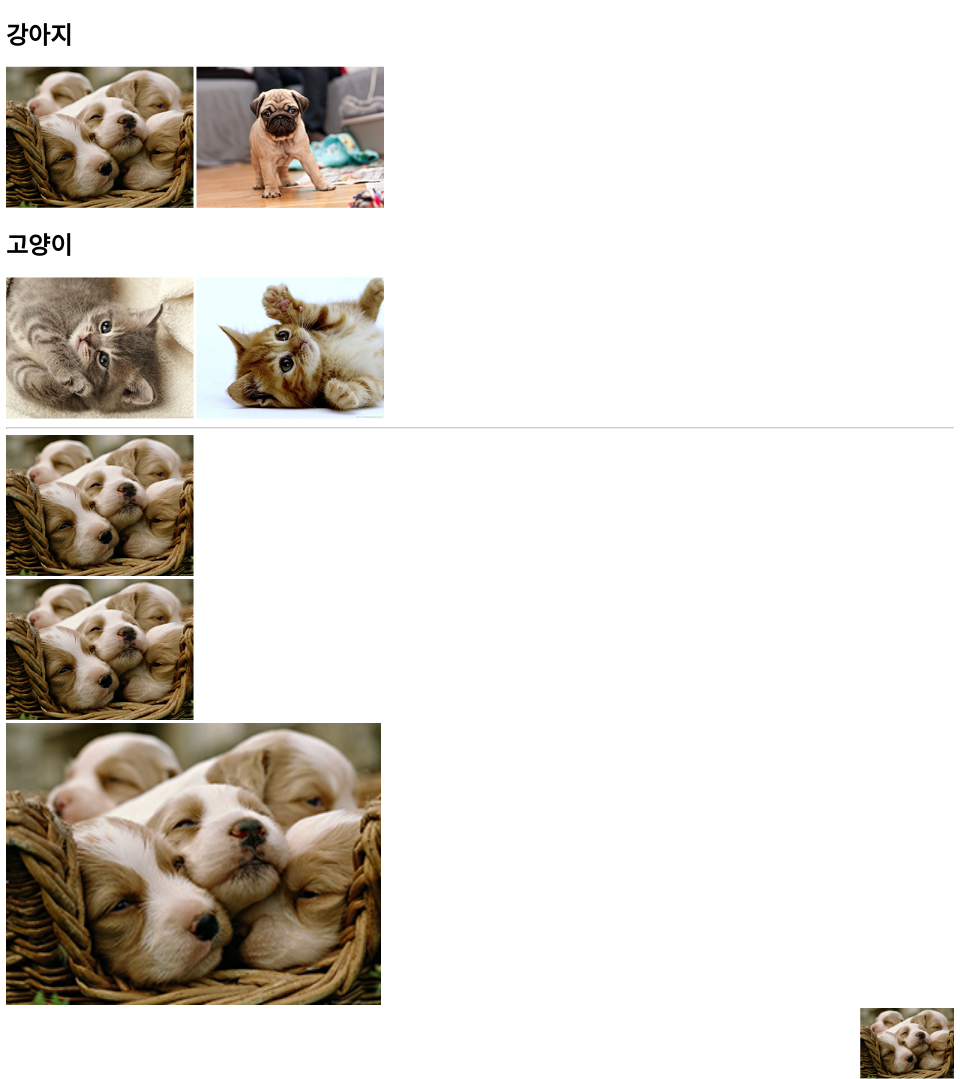
Repository: kmd192kmd/Web
Page: html/HtmlTest/src/main/webapp/ex12_image.html
These files come from the project's save history. The page is drawn as it stood at one moment and after the next save; the edit follows.
The browser window is 1280 px wide. The pictures show the whole page, at 75% of full size.

Above is the page before, as saved 2026-02-13 03:43:17.

After the next save:
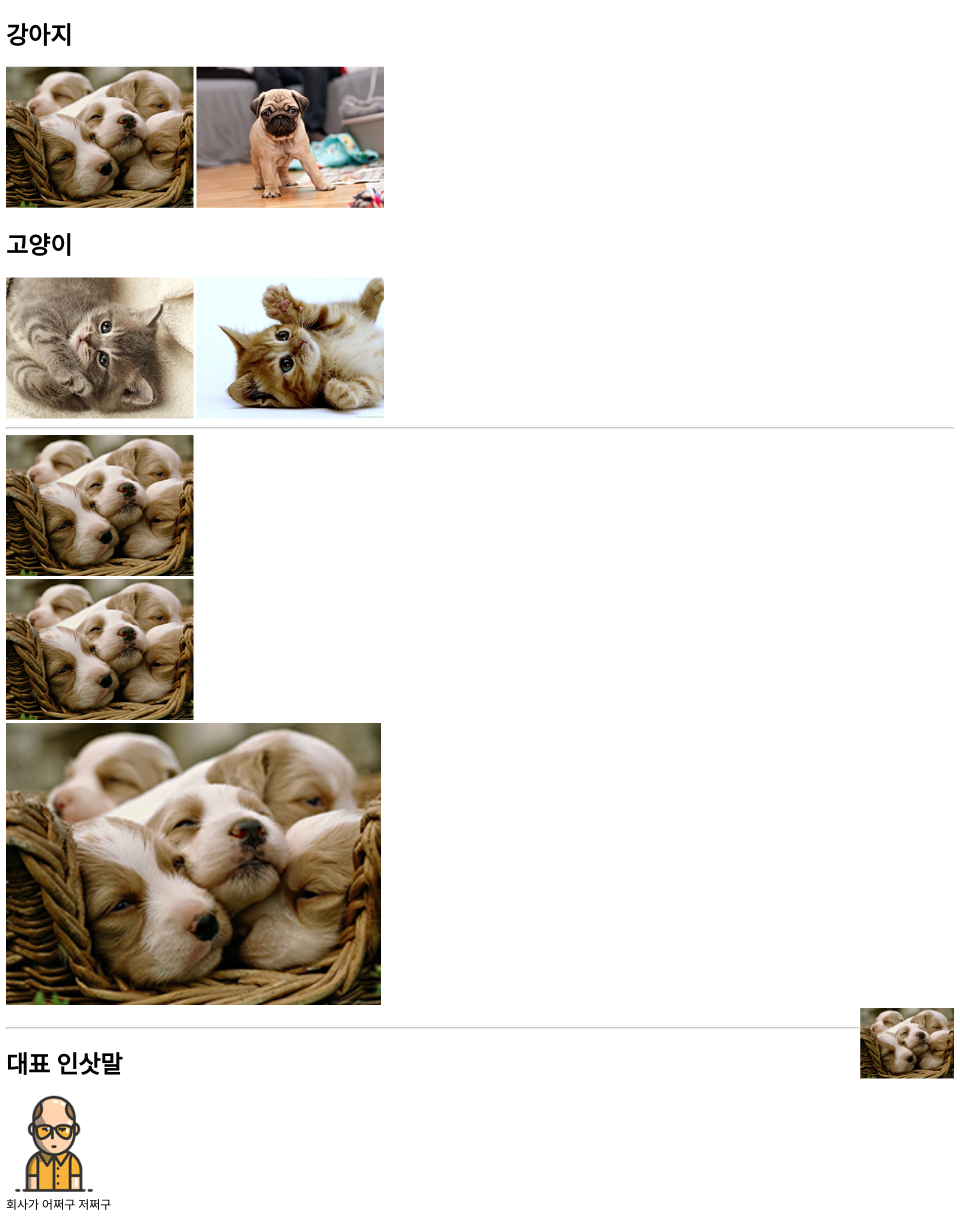
Saved 2 min 0 s later.
--- a/html/HtmlTest/src/main/webapp/ex12_image.html
+++ b/html/HtmlTest/src/main/webapp/ex12_image.html
@@ -42,5 +42,13 @@
 	  <img src="images/dog01.jpg" width="500" height="376"><br>
 	  <img src="images/dog01.jpg" width="125" height="94" align="right"><br>
 
+	 <hr>
+
+	 <h1>대표 인삿말</h1>
+	 <div>
+	  <img src="images/man_01.png"><br>
+	 회사가 어쩌구 저쩌구
+	 </div>
+
 </body>
 </html>
